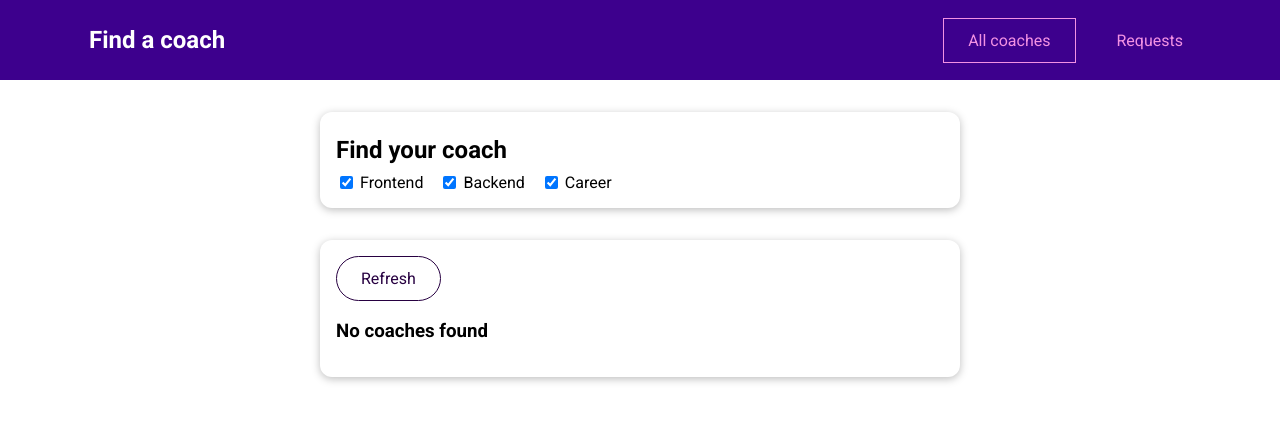
Repository: DaveBaulch/vue-course-find-a-coach
Page: /
The author's editor kept a copy of each file at every save. The page is drawn from the files as they stood at one save, then again after the next save.
The browser window is 1280 px wide. The pictures show the whole page.
The page's requests for data from a server got no answer. The project was rebuilt for these pictures with package versions that can differ from the ones it lists, and the page was loaded fresh each time. No one was signed in, and anything a server would have sent is missing. Imported but missing from the stored project, and not drawn on this page: src/pages/NotFound.vue.

Above is the page before, as saved 2021-01-24 13:41:18.

After the next save:
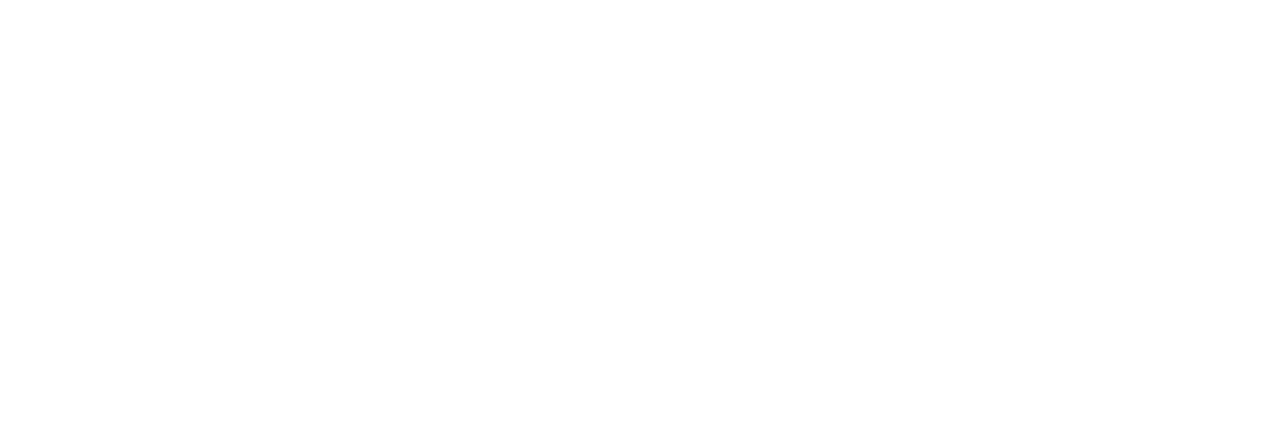
Console error: ReferenceError: BaseBadgce is not defined
Saved 5 s later.
--- a/src/main.js
+++ b/src/main.js
@@ -11,7 +11,7 @@
 Vue.component('base-card', BaseCard);
 Vue.component('base-button', BaseButton);
 Vue.component('base-badge', BaseBadge);
-Vue.component('base-dialog', BaseBadge);
+Vue.component('base-dialog', BaseBadgce);
 
 new Vue({
   router,

After the save that followed:
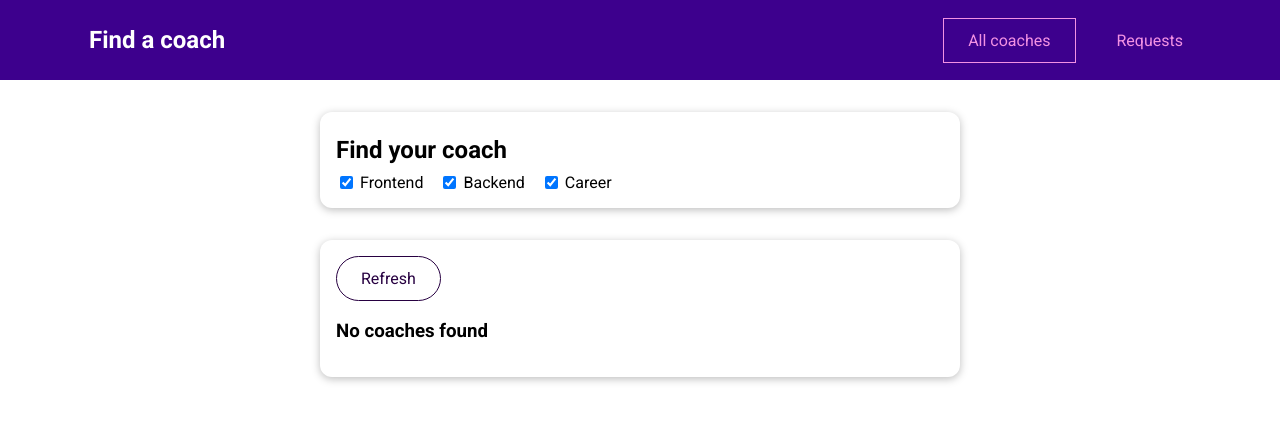
The error is gone.
Saved 5 s later.
--- a/src/main.js
+++ b/src/main.js
@@ -11,7 +11,7 @@
 Vue.component('base-card', BaseCard);
 Vue.component('base-button', BaseButton);
 Vue.component('base-badge', BaseBadge);
-Vue.component('base-dialog', BaseBadgce);
+Vue.component('base-dialog', BaseDialog);
 
 new Vue({
   router,
